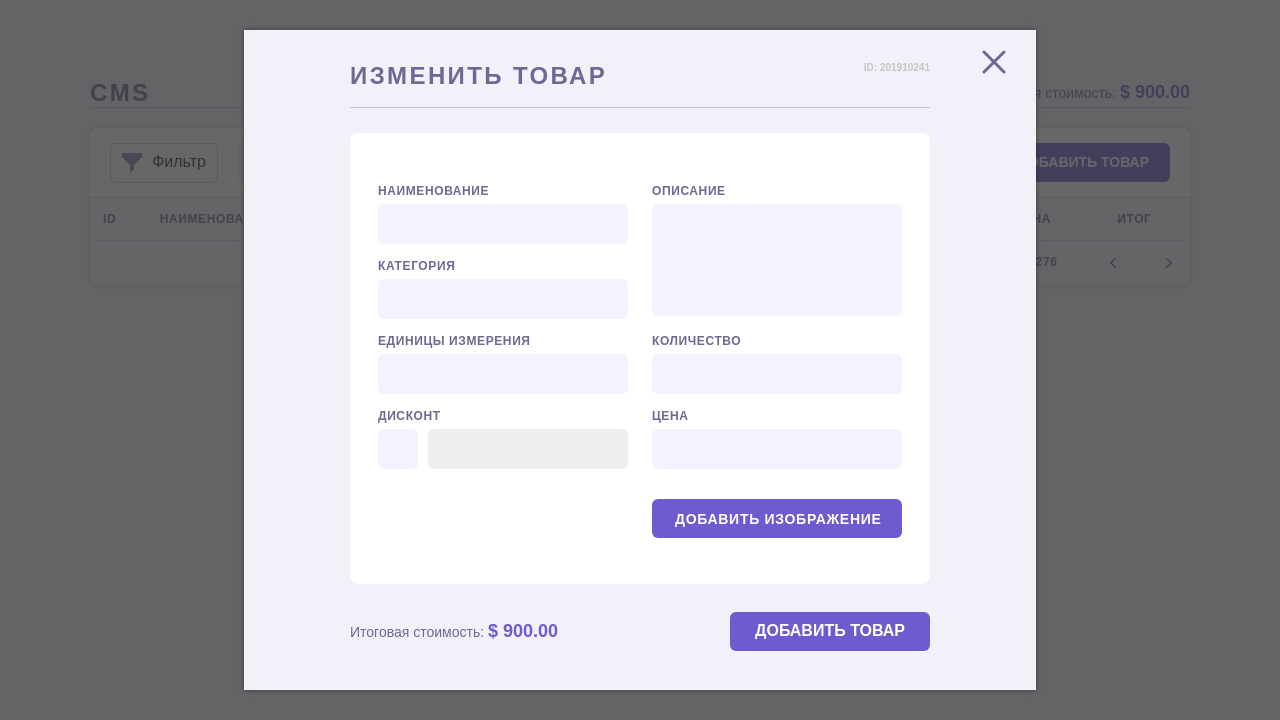
Repository: SayHelloLexa/CRM
Page: index.html
These files come from the project's save history. The page is drawn as it stood at one moment and after the next save; the edit follows.
The browser window is 1280 px wide. The pictures show the whole page.

Above is the page before, as saved 2024-11-24 16:22:55.

### index.html
<!DOCTYPE html>
<html lang="ru">
<head>
    <meta charset="UTF-8">
    <meta name="viewport" content="width=device-width,  initial-scale=1.0">
    <link rel="stylesheet" href="CSS/index.css">
    <script defer src="script.js"></script>
    <title>CRM</title>
</head>
<body>

    <header class="header">
        <div class="container container_main">
            <div class="flex-container">
                <h1 class="header__title">Cms</h1>
                <p class="total-cost total-cost_header">
                    Итоговая стоимость:
                    <span class="total-cost__count">$ 900.00</span>
                </p>
            </div>
        </div>
    </header>

    <main class="main">
        <div class="container container_main">
            <div class="crm">
                <nav class="crm__nav">
                    <ul class="crm__list">
                        <li class="crm__item">
                            <div class="flex-container">
                                <button class="filter" type="button">
                                    <img src="img/Filter.svg" alt="иконка фильтра">
                                    Фильтр
                                </button>

                                <input class="crm__search"
                                    type="search"
                                    name="search"
                                    id="search"
                                    placeholder="Поиск по наименованию и категории"
                                >
                            </div>
                        </li>

                        <li class="crm__item">
                            <button class="call-modal" type="button">Добавить товар</button>
                        </li>
                    </ul>
                </nav>

                <div class="table-wrapper">
                    <table class="table crm__table">
                        <thead class="table__thead">
                            <tr class="table__row table__row_head">
                                <th class="table__head table__head_id">ID</th>
                                <th class="table__head table__head_name">Наименование</th>
                                <th class="table__head table__head_category">Категория</th>
                                <th class="table__head table__head_unit">ед/изм</th>
                                <th class="table__head table__head_unit-count">количество</th>
                                <th class="table__head table__head_price">цена</th>
                                <th class="table__head table__head_sum">ИТОГ</th>
                                <th class="table__head table__head_btn">&nbsp</th>
                            </tr>
                        </thead>

                        <tbody class="tbody table__tbody">
                            <!-- <tr>
                                <td class="table__data table__data_id">246016548</td>
                                <td class="table__data table__data_name">Навигационная система Soundmax</td>
                                <td class="table__data table__data_category">Техника для дома</td>
                                <td class="table__data table__data_unit">шт</td>
                                <td class="table__data table__data_unit-count">5</td>
                                <td class="table__data table__data_price">$100</td>
                                <td class="table__data table__data_sum">$500</td>
                                <td class="table__data table__data_btn">
                                    <button type="button">
                                        <img src="img/clarity_picture-line.svg" alt="иконка изображения товара">
                                    </button>

                                    <button type="button">
                                        <img src="img/akar-icons_edit.svg" alt="иконка редактирования">
                                    </button>

                                    <button type="button">
                                        <img src="img/ant-design_delete-outlined.svg" alt="иконка удаления">
                                    </button>
                                </td>
                            </tr> -->
                        </tbody>
                    </table>

                    <div class="foot crm__foot">
                        <ul class="foot__list">
                            <li class="foot__item foot__item_flex foot__item_first-col">
                                <p>Показывать на странице: 10</p>
                                <button type="button">
                                    <img src="img/more-icon.svg" alt="показать больше">
                                </button>
                            </li>

                            <li class="foot__item">
                                1-10 of 276
                            </li>

                            <li class="foot__item foot__item_flex foot__item_end-col">
                                <button type="button">
                                    <img src="img/toggle-back.svg" alt="переключить назад">
                                </button>

                                <button type="button">
                                    <img src="img/toggle-next.svg" alt="переключить вперед">
                                </button>
                            </li>
                        </ul>
                    </div>
                </div>
            </div>
        </div>
    </main>

    <div class="overlay overlay_display_flex">
        <div class="modal">
            <button class="modal__exit-button" type="button">
                <img src="img/circle-button.svg" alt="exit">
            </button>

            <div class="container container_modal">
                <form
                    class="form"
                    action="https://jsonplaceholder.typicode.com/posts"
                    method="POST"
                >
                    <h1 class="form__title">Добавить товар</h1>

                    <div class="form__content">
                        <div class="input-wrapper input-wrapper_name">
                            <label class="form__label" for="product-name">Наименование</label>
                            <input class="form__input" type="text" name="product-name" id="product-name">
                        </div>

                        <div class="input-wrapper input-wrapper_category">
                            <label class="form__label" for="category">Категория</label>
                            <input class="form__input" type="text" name="category" id="category">
                        </div>

                        <div class="input-wrapper input-wrapper_unit">
                            <label class="form__label" for="units">Единицы измерения</label>
                            <input class="form__input" type="text" name="units" id="units">
                        </div>

                        <div class="input-wrapper input-wrapper_discount">
                            <label class="form__label" for="discount">Дисконт</label>

                            <div class="checkbox-container">
                                <input class="form__input form__input_checkbox" type="checkbox" name="discount" id="discount">
                                <input class="form__input form__input_disabled" type="text" name="discount-code" disabled>
                            </div>
                        </div>

                        <div class="input-wrapper input-wrapper_description">
                            <label class="form__label" for="description">Описание</label>
                            <textarea class="form__textarea" name="description" id="description"></textarea>
                        </div>

                        <div class="input-wrapper input-wrapper_count">
                            <label class="form__label" for="quantity">Количество</label>
                            <input class="form__input form__input_number" type="number" name="quantity" id="quantity" min="1">
                        </div>


                        <div class="input-wrapper input-wrapper_price">
                            <label class="form__label" for="price">Цена</label>
                            <input class="form__input form__input_number" type="number" name="price" id="price" min="1">
                        </div>

                        <div class="input-wrapper input-wrapper_file">
                            <label class="form__label form__label_file" for="product-img">Добавить изображение</label>

                            <input class="form__input form__input_file"
                                type="file"
                                name="product"
                                id="product-img"
                                accept="image/png, image/jpeg"
                            >
                        </div>
                    </div>

                    <div class="sub-wrapper">
                        <p class="total-cost">Итоговая стоимость: <span class="total-cost__count">$ 900.00</span></p>

                        <button class="form__submit-button" type="submit">Добавить товар</button>
                    </div>
                </form>
            </div>
        </div>
    </div>

    <div class="overlay overlay_display_flex">
        <div class="modal">
            <button class="modal__exit-button" type="button" title="Закрыть">
                <svg width="24" height="24" viewBox="0 0 24 24" fill="currentColor" xmlns="http://www.w3.org/2000/svg">
                    <path d="M2 2L22 22" stroke="#6E6893" stroke-width="3" stroke-linecap="round" />
                    <path d="M2 22L22 2" stroke="#6E6893" stroke-width="3" stroke-linecap="round" />
                </svg>
            </button>

            <div class="container container_modal">
                <form
                    class="form"
                    action="https://jsonplaceholder.typicode.com/posts"
                    method="POST"
                >
                    <h1 class="form__title">Изменить товар</h1>

                    <p class="form__product-id">id: 201910241</p>

                    <div class="form__content">
                        <div class="input-wrapper input-wrapper_name">
                            <label class="form__label" for="product-name">Наименование</label>
                            <input class="form__input" type="text" name="product-name" id="product-name">
                        </div>

                        <div class="input-wrapper input-wrapper_category">
                            <label class="form__label" for="category">Категория</label>
                            <input class="form__input" type="text" name="category" id="category">
                        </div>

                        <div class="input-wrapper input-wrapper_unit">
                            <label class="form__label" for="units">Единицы измерения</label>
                            <input class="form__input" type="text" name="units" id="units">
                        </div>

                        <div class="input-wrapper input-wrapper_discount">
                            <label class="form__label" for="discount">Дисконт</label>

                            <div class="checkbox-container">
                                <input class="form__input form__input_checkbox" type="checkbox" name="discount" id="discount">
                                <input class="form__input form__input_disabled" type="text" name="discount-code" disabled>
                            </div>
                        </div>

                        <div class="input-wrapper input-wrapper_description">
                            <label class="form__label" for="description">Описание</label>
                            <textarea class="form__textarea" name="description" id="description"></textarea>
                        </div>

                        <div class="input-wrapper input-wrapper_count">
                            <label class="form__label" for="quantity">Количество</label>
                            <input class="form__input form__input_number" type="number" name="quantity" id="quantity" min="1">
                        </div>


                        <div class="input-wrapper input-wrapper_price">
                            <label class="form__label" for="price">Цена</label>
                            <input class="form__input form__input_number" type="number" name="price" id="price" min="1">
                        </div>

                        <div class="input-wrapper input-wrapper_file">
                            <label class="form__label form__label_file" for="product-img">Добавить изображение</label>

                            <input class="form__input form__input_file"
                                type="file"
                                name="product"
                                id="product-img"
                                accept="image/png, image/jpeg"
                            >
                        </div>
                    </div>

                    <div class="sub-wrapper">
                        <p class="total-cost">Итоговая стоимость: <span class="total-cost__count">$ 900.00</span></p>

                        <button class="form__submit-button" type="submit">Добавить товар</button>
                    </div>
                </form>
            </div>
        </div>
    </div>
</body>
</html>

### CSS/header.css
.header {
    padding-top: 79px;
}

.header .flex-container {
    justify-content: space-between;
    align-items: center;
    border-bottom: 1px solid #c6c2de;
}

.header__title {
    font-weight: 700;
    font-size: 24px;
    letter-spacing: 0.1em;
    text-transform: uppercase;
    color: #6e6893;
}

### CSS/main.css
.main {
    padding-top: 20px;
    padding-bottom: 110px;
}

### CSS/crm/crm.css
.crm {
    max-width: 100%;
    border-radius: 8px;
    background: #fff;
    box-shadow: 0 0 5px 0 rgba(0, 0, 0, 0.2);
}

### CSS/crm/__list/crm__list.css
.crm__list {
    display: flex;
    justify-content: space-between;
}

### CSS/crm/__item/crm__item.css
.crm__item .flex-container {
    column-gap: 20px;
    align-items: center;
}

.call-modal {
    width: 173px;
    height: 39px;
    border-radius: 6px;
    background: #6d5bd0;
    font-weight: 600;
    font-size: 14px;
    text-transform: uppercase;
    color: #fff;
    transition: background-color .2s linear;
}

.call-modal:hover {
    background: #483c8a;
}

@media (max-width: 768px) {
    .call-modal {
        width: 160px;
        height: 35px;
        font-size: 11px;
    }
}

@media (max-width: 660px) {
    .call-modal {
        width: 75px;
        height: 30px;
        font-size: 7px;
    }
}

@media (max-width: 435px) {
    .crm__item .flex-container {
        column-gap: 15px;
    }
}

### CSS/crm/__search/crm__search.css
.crm__search {
    width: 368px;
    height: 40px;
    padding-left: 40px;
    border-radius: 6px;
    border: none;
    background: #f4f2ff url("../../../img/Search.svg") no-repeat 10px 10px;
}

@media (max-width: 768px) {
    .crm__search {
        width: 245px;
        height: 35px;
        background: #f4f2ff url("../../../img/Search.svg") no-repeat 10px 10px / 15px;
        font-size: 10px;
    }
}

@media (max-width: 660px) {
    .crm__search {
        width: 190px;
        height: 30px;
        padding-left: 35px;
        background-size: 10px;
        font-size: 8px;
    }
}

@media (max-width: 435px) {
    .crm__search {
        width: 125px;
        padding-left: 20px;
        background-size: 8px;
        background-position: 8px 10px;
    }
}

### CSS/table-wrapper.css
.table-wrapper {
    overflow: auto;
}

### CSS/crm/__table/crm__table.css
.crm__table {
    min-width: 1100px;
}

.crm__table, td, th {
    border: 0;
    border-collapse: collapse;
}

.crm__table tr:not(:last-child) {
    box-shadow: inset 0 -1px 0 0 #D9D5EC;
}

### CSS/table/__thead/table__thead.css
.table__thead {
    background: #f4f2ff;
    text-align: left;
}

### CSS/table/__head/table__head.css
.table__head {
    padding-left: 13px;
    box-shadow: inset 0 -1px 0 0 #D9D5EC;
}

### CSS/table/__head/_unit/table__head_unit.css
.table__head_unit {
    text-align: center;
}

### CSS/table/__head/_unit-count/table__head_unit-count.css
.table__head_unit-count {
    text-align: center;
}

### CSS/table/__head/_price/table__head_price.css
.table__head_price {
    text-align: right;
}

### CSS/table/__head/_sum/table__head_sum.css
.table__head_sum {
    text-align: right;
}

### CSS/table/__row/_head/table__row_head.css
.table__row_head {
    font-weight: 600;
    font-size: 12px;
    letter-spacing: 0.05em;
    text-transform: uppercase;
    color: #6e6893;
}

.table__row_head th {
    padding-top: 15px;
    padding-bottom: 15px;
}

@media (max-width: 992px) {
    .table__row_head {
        font-size: 10px;
    }
}

### CSS/table/__data/table__data.css
.table__data {
    padding-top: 19px;
    padding-bottom: 22px;
    padding-left: 12px;
    font-size: 12px;
}

@media (max-width: 992px) {
    .table__data {
        font-size: 10px;
    }
}

### CSS/table/__data/_unit/table__data_unit.css
.table__data_unit {
    text-align: center;
    color: #6e6893;
}

### CSS/table/__data/_unit-count/table__data_unit-count.css
.table__data_unit-count {
    text-align: center;
}

### CSS/table/__data/_price/table__data_price.css
.table__data_price {
    text-align: right;
}

### CSS/table/__data/_sum/table__data_sum.css
.table__data_sum {
    text-align: right;
}

### CSS/table/__data/_btn/table__data_btn.css
.table__data_btn {
    display: flex;
    align-items: center;
    column-gap: 20px;
    padding-right: 0;
    padding-left: 50px;
}

@media (max-width: 1065px) {
    .table__data_btn {
        justify-content: space-around;
        column-gap: 0;
    }
}

@media (max-width: 992px) {
    .table__data_btn img {
        width: 15px;
        height: 15px;
    }
}

### CSS/crm/__foot/crm__foot.css
.crm__foot {
    min-width: 1100px;
    padding: 15px 18px 15px 649px;
    border-radius: 8px;
    background: #F4F2FF;
}

### CSS/foot/__list/foot__list.css
.foot__list {
    display: flex;
    justify-content: space-between;
}

@media (max-width: 992px) {
    .foot__list li {
        font-size: 10px;
    }
}

### CSS/foot/__item/foot__item.css
.foot__item {
    font-weight: 600;
    font-size: 12px;
    letter-spacing: 0.05em;
    color: #6e6893;
}

### CSS/foot/__item/_flex/foot__item_flex.css
.foot__item_flex {
    display: flex;
    align-items: center;
}

### CSS/foot/__item/_first-col/foot__item_first-col.css
.foot__item_first-col {
    column-gap: 5px;
}

### CSS/foot/__item/_end-col/foot__item_end-col.css
.foot__item_end-col {
    column-gap: 50px;
}

### CSS/overlay.css
.overlay {
  position: fixed;
  display: none;
  align-items: center;
  width: 100%;
  height: 100%;
  top: 0;
  left: 0;
  right: 0;
  bottom: 0;
  background-color: #36363680;
  z-index: 2;
  overflow-y: auto;
}

### CSS/overlay_display_flex.css
.overlay_display_flex {
  display: flex;
}

### CSS/modal/modal.css
.modal {
  position: relative;
  margin-left: auto;
  margin-right: auto;
  padding: 0 106px 39px 106px;
  max-width: 792px;
  box-shadow: 0 0 6px 0 rgba(0, 0, 0, 0.25);
  background: #f2f0f9;
}

@media (max-width: 660px) {
  .modal {
    max-width: 386px;
    padding-left: 56px;
    padding-right: 56px;
  }
}

@media (max-width: 435px) {
  .modal {
    max-width: 320px;
    padding-left: 26px;
    padding-right: 26px;
  }
}

### CSS/modal/modal__exit-button.css
.modal__exit-button {
  position: absolute;
  top: 20px;
  right: 30px;
  transition: all .2s linear;
}

.modal__exit-button svg path {
  transition: stroke .2s linear;
}

.modal__exit-button svg:hover path {
  stroke: #3d3763;
}

@media (max-width: 660px) {
  .modal__exit-button {
    top: 15px;
    right: 15px;
  }

  .modal__exit-button svg {
    width: 15px;
    height: 15px;
  }
}

@media (max-width: 435px) {
  .modal__exit-button {
    top: 10px;
    right: 10px;
  }

  .modal__exit-button svg {
    width: 12px;
    height: 12px;
  }
}

### CSS/form/form.css
.form {
  position: relative;
}

### CSS/form/__title/form__title.css
.form__title {
  margin-bottom: 43px;
  font-weight: 700;
  font-size: 24px;
  letter-spacing: 0.1em;
  text-transform: uppercase;
  color: #6e6893;
}

.form__title:after {
  content: "";
  position: absolute;
  top: 45px;
  display: block;
  width: 580px;
  height: 1px;
  background: #c6c2de;
}

@media (max-width: 1065px) {
  .form__title {
    font-size: 20px;
  }

  .form__title:after {
    width: 536px;
  }
}

@media (max-width: 768px) {
  .form__title {
    font-size: 1rem;
  }

  .form__title:after {
    width: 284px;
  }
}

@media (max-width: 660px) {
  .form__title {
    font-size: 12px;
  }

  .form__title:after {
    width: 274px;
  }
}

@media (max-width: 435px) {
  .form__title:after {
    width: 268px;
  }
}

### CSS/form/__product-id/form__product-id.css
.form__product-id {
  position: absolute;
  top: 0;
  right: 0;
  font-weight: 600;
  font-size: 10px;
  text-transform: uppercase;
  color: #c5c5c5;
}

### CSS/form/__label/form__label.css
.form__label {
  display: inline-block;
  margin-bottom: 5px;
  font-weight: 600;
  font-size: 12px;
  letter-spacing: 0.05em;
  text-transform: uppercase;
  color: #6e6893;
}

.form__label_file {
  position: absolute;
  z-index: 2;
  top: 12px;
  left: 23px;
  margin-bottom: 0;
  font-weight: 600;
  font-size: 14px;
  text-transform: uppercase;
  color: #fff;
  cursor: pointer;
}

@media (max-width: 1065px) {
  .form__label {
    font-size: 10px;
  }

  .form__label_file {
    left: 40px;
  }
}

@media (max-width: 768px) {
  .form__label {
    font-size: 8px;
  }

  .form__label_file {
    left: 55px;
  }
}

### CSS/form/__input/form__input.css
.form__input {
  display: block;
  border: none;
  border-radius: 6px;
  width: 250px;
  height: 40px;
  background: #f4f2ff;
}

@media (max-width: 1065px) {
  .form__input {
    width: 228px;
    height: 35px;
  }
}

@media (max-width: 768px) {
  .form__input {
    height: 25px;
  }
}

### CSS/form/checkbox-container.css
.checkbox-container {
  display: flex;
  margin-bottom: 12px;
  column-gap: 10px;
}

### CSS/form/__input/form-input_disabled.css
.form__input_disabled {
  max-width: 200px;
  margin: 0;
  background: #eee;
}

@media (max-width: 1065px) {
  .form__input_disabled {
    max-width: 175px;
  }
}

@media (max-width: 768px) {
  .form__input_disabled {
    max-width: 192px;
  }
}

### CSS/form/__input/form__input_number.css
input::-webkit-outer-spin-button,
input::-webkit-inner-spin-button {
  -webkit-appearance: none;
  margin: 0;
}

input[type=number] {
  -moz-appearance: textfield;
}

### CSS/form/__input/form__input_file.css
.form__input_file {
    position: relative;
    width: 250px;
    height: 39px;
    border-radius: 6px;
    content-visibility: hidden;
    font-size: 0;
    background: #6d5bd0;
    cursor: pointer;
    transition: background-color .2s linear;
}

.input-wrapper_file:hover .form__input_file {
    background: #483c8a;
}

@media (max-width: 1065px) {
    .form__input_file {
        width: 228px;
        height: 35px;
    }
}

### CSS/form/__textarea/form__textarea.css
.form__textarea {
  display: block;
  border: none;
  border-radius: 6px;
  width: 250px;
  height: 112px;
  resize: none;
  background: #f4f2ff;
}

@media (max-width: 1065px) {
  .form__textarea {
    width: 228px;
    height: 100px;
  }
}

@media (max-width: 768px) {
  .form__textarea {
    height: 70px;
  }
}

### CSS/form/sub-wrapper.css
.sub-wrapper {
    display: flex;
    padding-top: 28px;
    justify-content: space-between;
    align-items: center;
}

@media (max-width: 768px) {
    .sub-wrapper {
        flex-direction: column;
        row-gap: 20px;
        padding-top: 20px;
    }
}

### CSS/form/total-cost.css
.total-cost {
    font-weight: 500;
    font-size: 14px;
    color: #6e6893;
}

.total-cost__count {
    font-weight: 700;
    font-size: 18px;
    color: #6d5bd0
}

@media (max-width: 768px) {
    .total-cost {
        font-size: 12px;
    }

    .total-cost__count {
        font-size: 1rem;
    }
}

### CSS/form/__submit-button/form__submit-button.css
.form__submit-button {
  border-radius: 6px;
  width: 200px;
  height: 39px;
  background: #6d5bd0;
  font-weight: 600;
  font-size: 16px;
  text-transform: uppercase;
  color: #fff;
  transition: background-color .2s linear;
}

.form__submit-button:hover {
  background: #483c8a;
}

@media (max-width: 1065px) {
  .form__submit-button {
    font-size: 14px;
  }
}

@media (max-width: 768px) {
  .form__submit-button {
    width: 165px;
    font-size: 12px;
  }
}

Loaded but not shown: CSS/normalize.css (library); script.js (104 lines, source omitted); CSS/index.css (54 lines, source omitted); CSS/global.css (133 lines, source omitted); CSS/form/__content/form__content.css (92 lines, source omitted); CSS/form/__input/form__input_checkbox.css (57 lines, source omitted); CSS/crm/__nav/crm__nav.css (54 lines, source omitted)

After the next save:
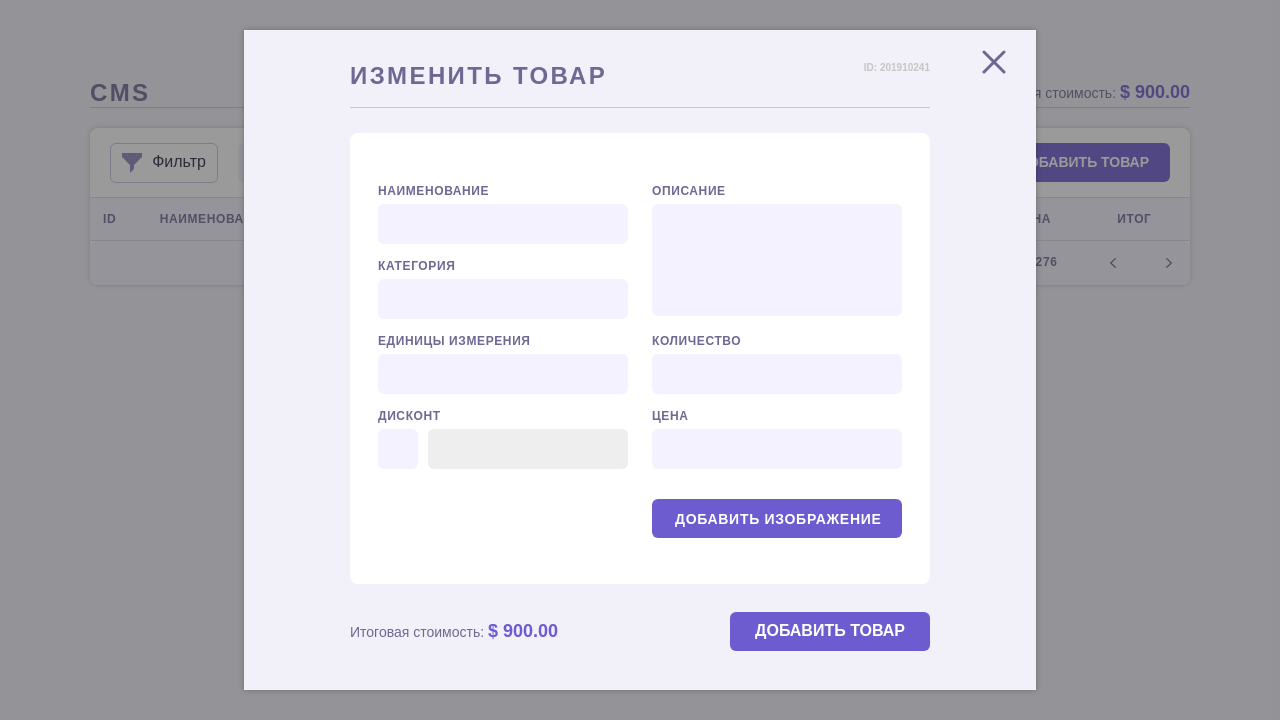
Saved 5 s later.
--- a/index.html
+++ b/index.html
@@ -118,7 +118,7 @@
         </div>
     </main>
 
-    <div class="overlay overlay_display_flex">
+    <div class="overlay">
         <div class="modal">
             <button class="modal__exit-button" type="button">
                 <img src="img/circle-button.svg" alt="exit">
